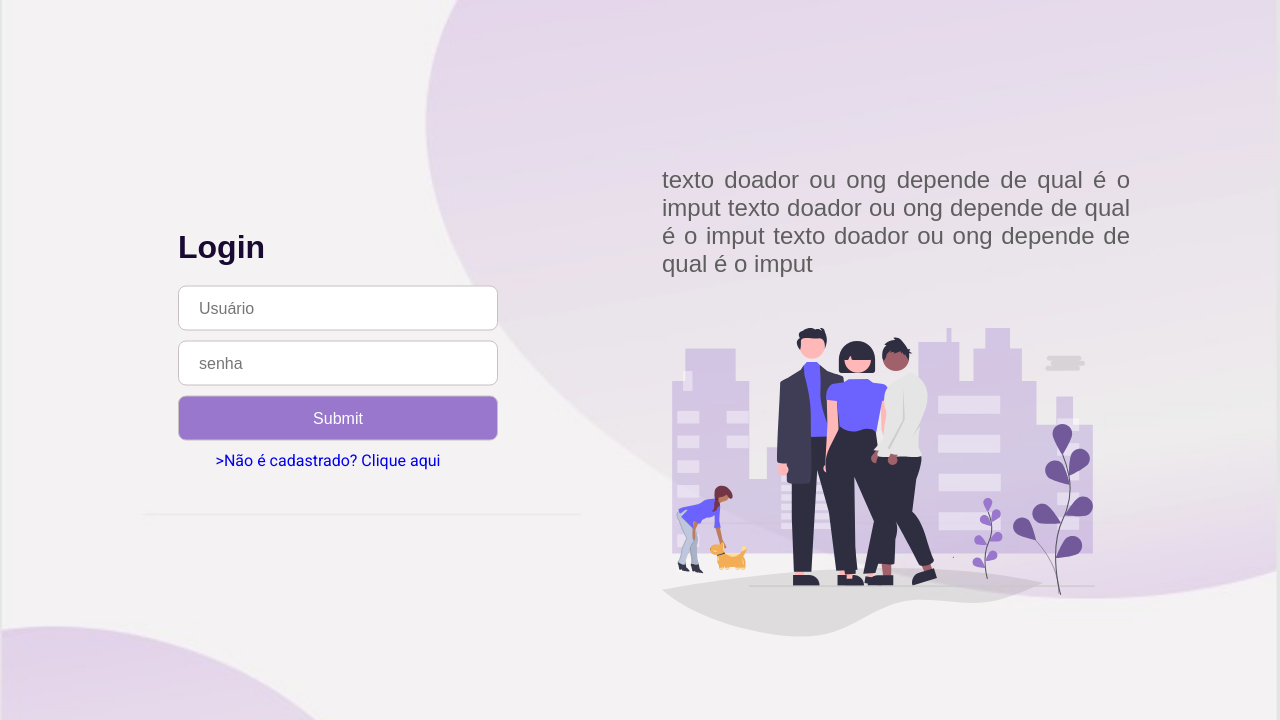
Repository: Dirlandia404/Casos
Page: src/pages/loginDoador.html
The author's editor kept a copy of each file at every save. The page is drawn from the files as they stood at one save, then again after the next save.
The browser window is 1280 px wide. The pictures show the whole page.

Above is the page before, as saved 2021-07-19 19:58:48.

After the next save:
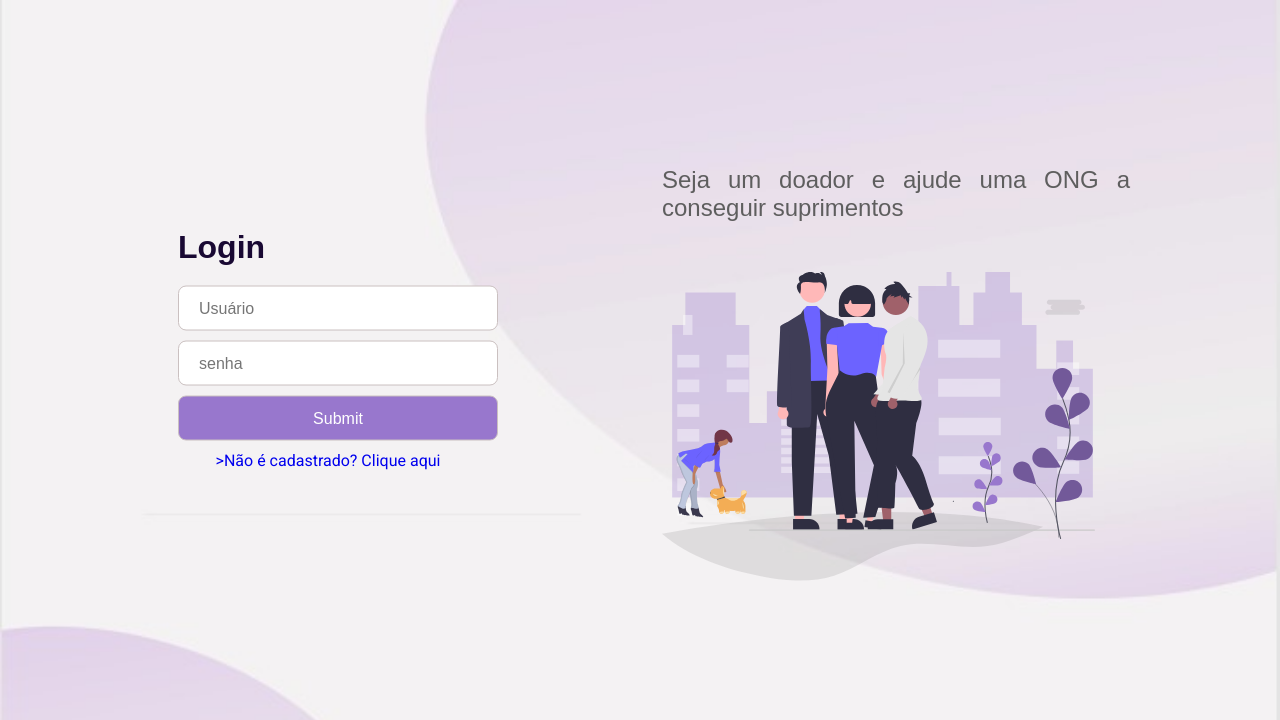
Saved 9 s later.
--- a/src/pages/loginDoador.html
+++ b/src/pages/loginDoador.html
@@ -18,10 +18,7 @@
     <div id="page-login">
         <div id="lado-d">
             <p>
-                texto doador ou ong depende de qual é o imput
-                texto doador ou ong depende de qual é o imput
-                texto doador ou ong depende de qual é o imput
-
+                Seja um doador e ajude uma ONG a conseguir suprimentos
             </p>
             <img src="/public/Group 15.svg" alt="">
         </div>
